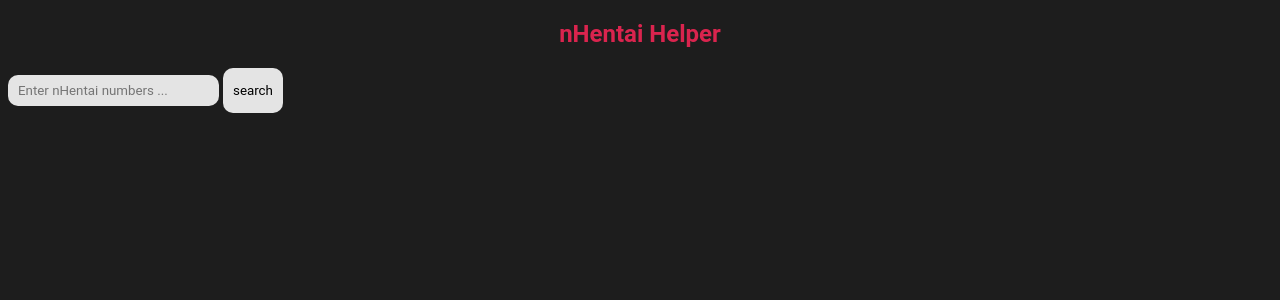
Repository: Lizadking/nHentai_Helper
Page: Mainpop.html
These files come from the project's save history. The page is drawn as it stood at one moment and after a run of saves; the edit follows.
The browser window is 1280 px wide. The pictures show the whole page.

Above is the page before, as saved 2021-08-06 23:15:52.

### Mainpop.html
<!DOCTYPE html>
<!DOCTYPE html>
<html lang="en">
<head>
    <meta charset="UTF-8">
    <meta http-equiv="X-UA-Compatible" content="IE=edge">
    <meta name="viewport" content="width=device-width, initial-scale=1.0">
    <link rel="stylesheet" href="mainStylesheet.css">
    <title>nHentai Helper</title>
</head>
<body>
    <div class="container">
        <h2>
            nHentai Helper
        </h2>
        <form name = "nHentaiHelper">
            <input type = "text" id="tag" name = "ntag" placeholder="Enter nHentai numbers ...">

            <input type="submit" value="search", id = "submission">

        </form>
    </div>
    <!--enter script here-->
    <script src = "mainsrc.js"></script>
</body>
</html>

### mainStylesheet.css
h2
{
    color:#ed2553e8;
    text-align: center;
    font-family: 'Roboto', sans-serif;

}
body
{
    background-color: #1d1d1d;
}
[type=text]
{
    padding: 8px 10px;
    border: 0;
    background-color:rgb(228, 228, 228);
    font-family: 'Roboto', sans-serif;
    color:#535353e8;
    margin:4px 0;
    border-radius:10px;
}
#placeholder
{
    font-family: 'Roboto', sans-serif;
    color:rgb(228, 228, 228);
    border-radius:10px;

}
input[type=button],input[type=submit]
{
    padding: 15px 10px;
    border-radius:10px;
    border: 0;
    background-color: rgb(228, 228, 228);
    font-family: 'Roboto', sans-serif;
    text-align: center;
}

.submission
{
    text-align: center;
}

### mainsrc.js




/*
document.addEventListener('DOMContentLoaded', function () {
    var btn = document.getElementById('submit');

    btn.addEventListener('click', function()
    {
        let defaultUrl= "https://nhentai.net/g/"
        let from = document.forms.nHentaiHelper;
        let elm = from.elements.ntag;
        let strElm = String(elm.value);
        console.log(strElm);
        let finalUrl = defaultUrl+=strElm+"/";
        chrome.tabs.create({ url: finalUrl})

    });
}  );
*/

document.getElementById('submission').addEventListener('click',function()
    {
        let defaultUrl= "https://nhentai.net/g/"
        let from = document.forms.nHentaiHelper;
        let elm = from.elements.ntag;
        let strElm = String(elm.value);
        console.log(strElm);
        let finalUrl = defaultUrl+=strElm+"/";
        //may change this line below
        chrome.tabs.create({url:finalUrl});


    });

After the next 2 saves:
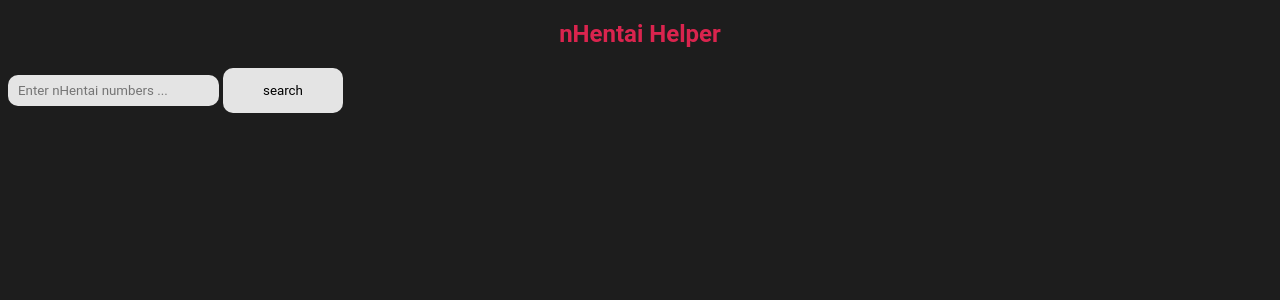
The 2 saves are shown as one change because they came seconds apart.
The last was saved 78 s later.
--- a/mainStylesheet.css
+++ b/mainStylesheet.css
@@ -28,7 +28,7 @@
 }
 input[type=button],input[type=submit]
 {
-    padding: 15px 10px;
+    padding: 15px 40px;
     border-radius:10px;
     border: 0;
     background-color: rgb(228, 228, 228);
